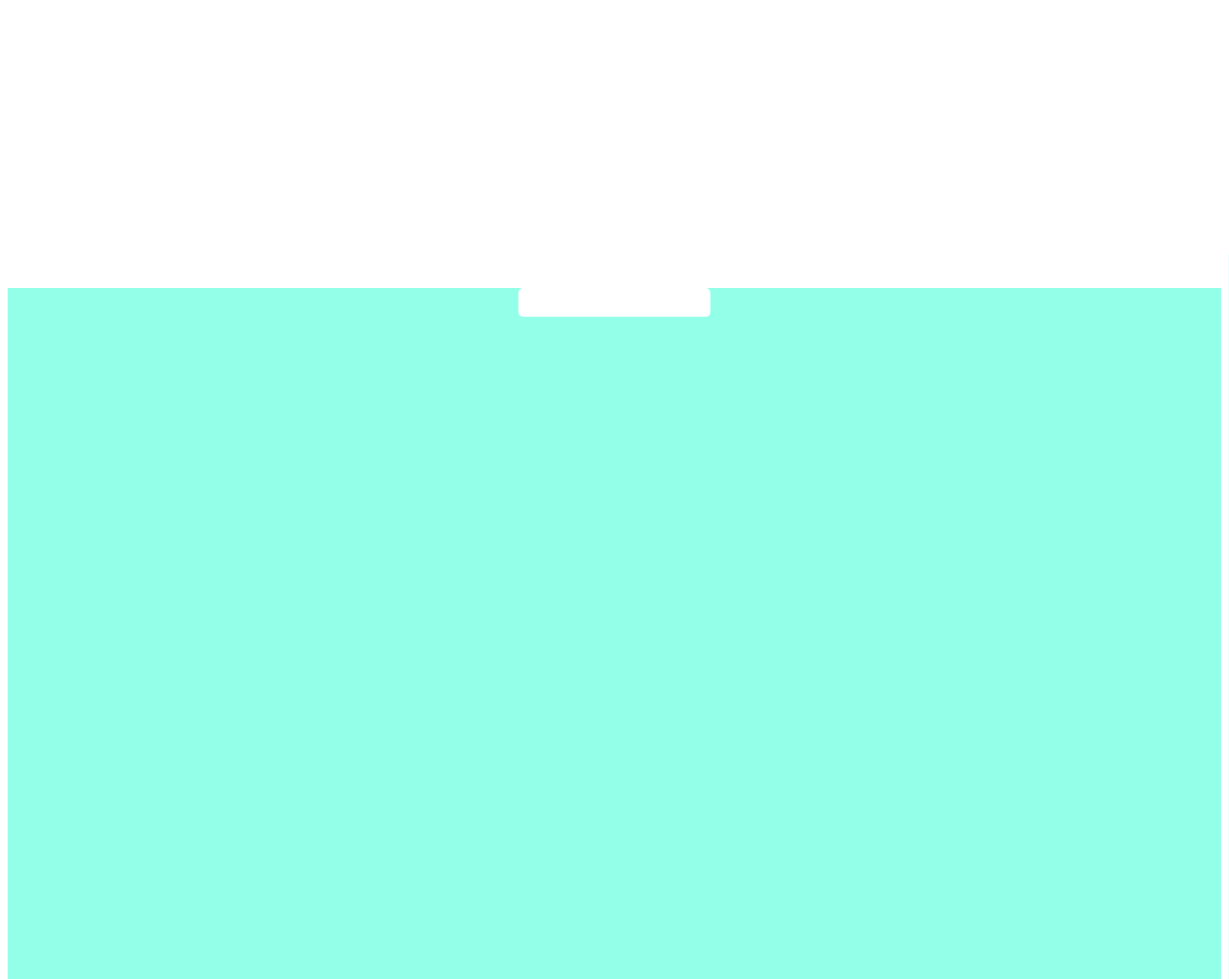
Repository: lxl0302/ClassBegin_-sound_code
Page: /
These files come from the project's save history. The page is drawn as it stood at one moment and after the next save; the edit follows.
The browser window is 1280 px wide. The pictures show the whole page, at 96% of full size.
The project was rebuilt for these pictures with package versions that can differ from the ones it lists, and the page was loaded fresh each time.

Above is the page before, as saved 2020-07-08 16:24:38.

### src/main.js
import Vue from 'vue'
import App from './App.vue'
import create from './utils/create'
import router from './router/index'

Vue.config.productionTip = false

Vue.prototype.$create =create

new Vue({
  router,
  render: h => h(App),
}).$mount('#app')

### src/App.vue
<template>
  <div id="app">
    <HelloWorld />
  </div>
</template>

<script>
import HelloWorld from './views/index'

export default {
  name: 'App',
  components: {
    HelloWorld
  }
}
</script>

<style>
  html,body{
    height: 100%;
  }
  #app {
    height: 100%;
  }
</style>

### src/utils/create.js
import Vue from 'vue';

export default function create(Component, props) {
  // 先创建实例
  const vm = new Vue({
    render(h) {
      // h就是createElement, 它返回VNode
      return h(Component, {props})
    }
  }).$mount();
  // 手动挂在dom 创建实例后 会有与实例对应的实体dom
  document.body.appendChild(vm.$el)
  // 销毁方法
  const comp = vm.$children[0];
  comp.remove = function() {
    document.body.removeChild(vm.$el); // 移除实体dom
    vm.$destroy() // 销毁实例
  }
  return comp
}

### src/router/index.js
import Vue from 'vue'
import VueRouter from 'vue-router'

// 1.安装插件
Vue.use(VueRouter)

// 2.创建vue-router实例
const router = new VueRouter({
  // 配置映射
  routes: []
})

// 3.导出
export default router

### src/views/index.vue
<template>
  <div class="zong">
    <div class="toolbar"></div>
  </div>
</template>

<script>
export default {
  name: '',
  components: {},
  data() {
    return {}
  },
  computed: {},
  mounted() {},
  methods: {}
}
</script>
<style scoped>
.zong {
  width: 100%;
  height: 100%;
  background-color: rgba(0, 255, 200, 0.418);
}
.toolbar{
  position: relative;
  margin: 300px auto;
  width: 200px;
  height: 30px;
  border-radius: 5px;
  background-color: white;
}
</style>

Loaded but not shown: public/index.html (common file)

After the next save:
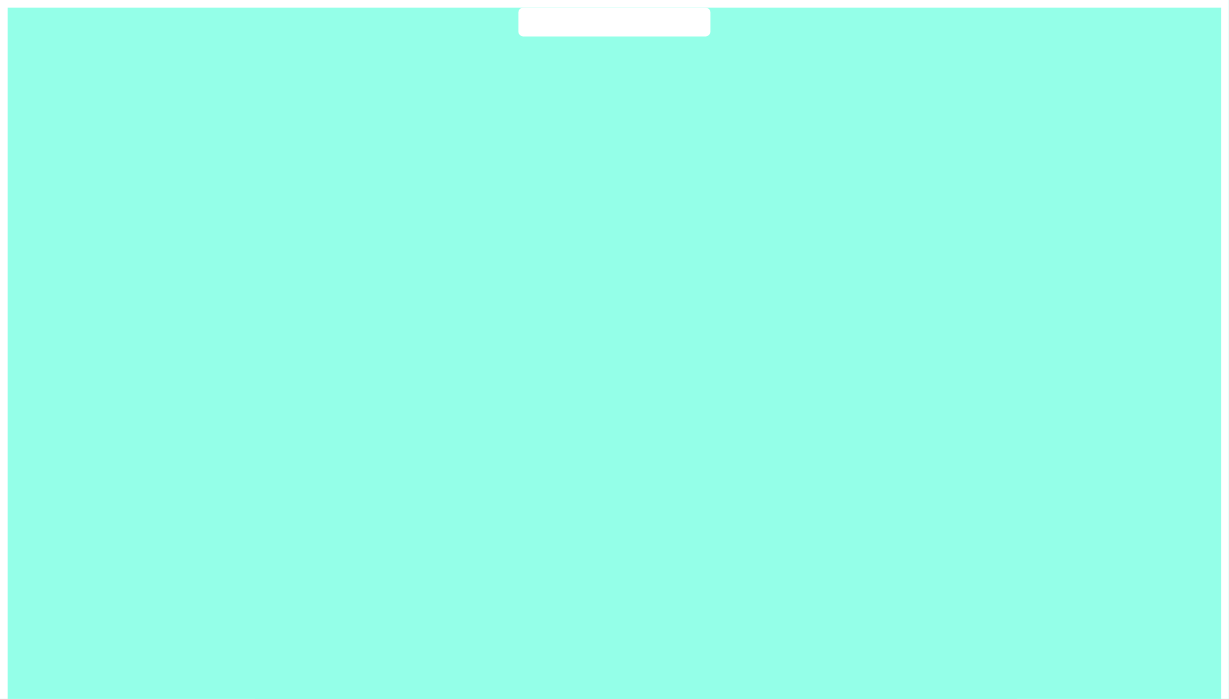
Saved 6 s later.
--- a/src/views/index.vue
+++ b/src/views/index.vue
@@ -24,7 +24,7 @@ export default {
 }
 .toolbar{
   position: relative;
-  margin: 300px auto;
+  margin: auto;
   width: 200px;
   height: 30px;
   border-radius: 5px;
